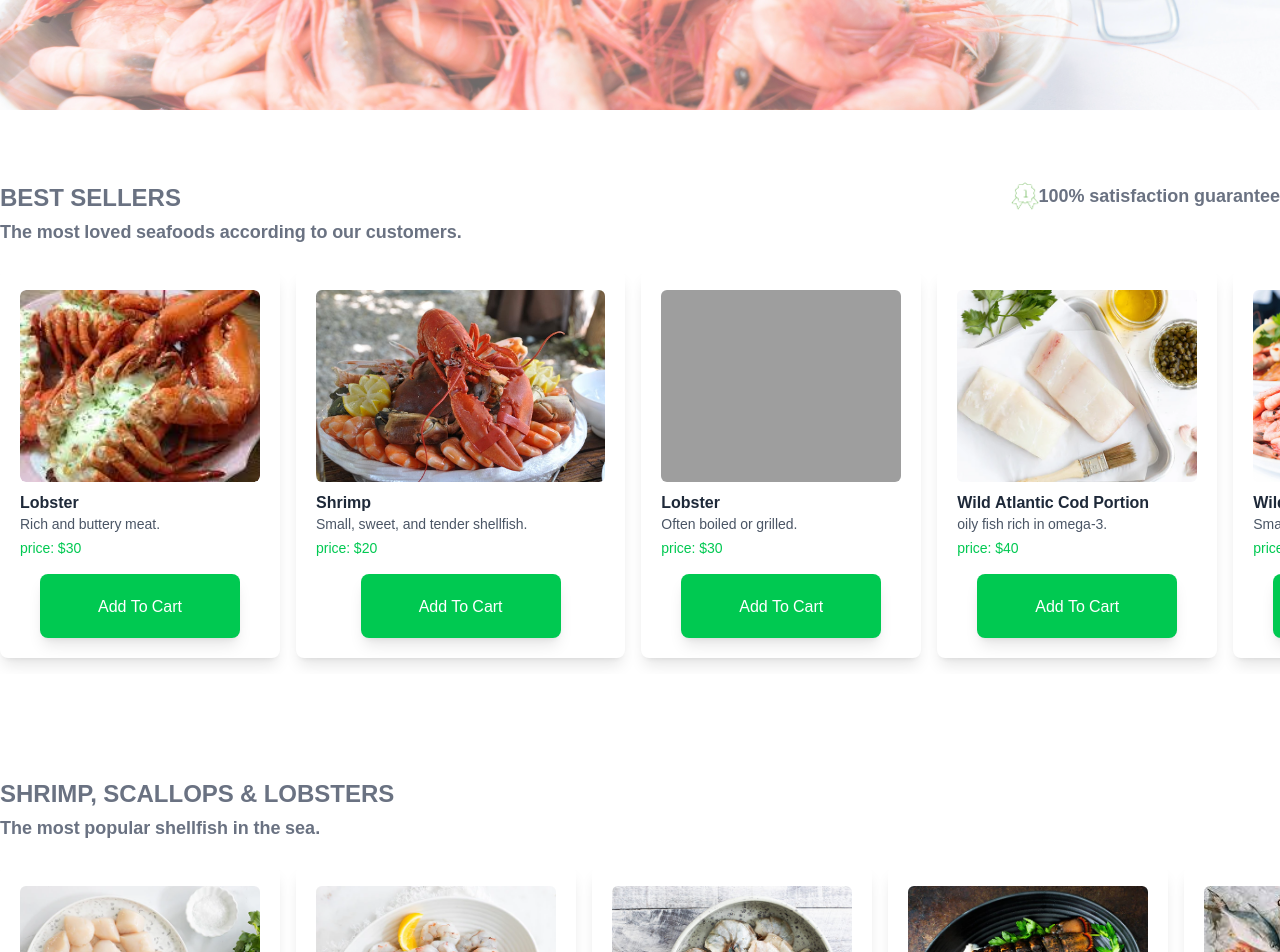
Repository: KongRucifer/SeaFood-Shop
Page: /modules/home/views
These files come from the project's save history. The page is drawn as it stood at one moment and after the next save; the edit follows.
The browser window is 1280 px wide. The pictures show the part of the page from y = 410 to 1362 px (the page is 3300 px tall).
Pictures or frames that could not be fetched are drawn as grey boxes. The project was rebuilt for these pictures with package versions that can differ from the ones it lists, and the page was loaded fresh each time. The framework's server and built-in components were replaced by stand-ins that run in the browser. Also part of the build but not shown: next.config.ts.

Above is the page before, as saved 2025-06-25 20:39:07.

### src/app/layout.tsx
import type { Metadata } from "next";
import { Geist, Geist_Mono } from "next/font/google";
import "./globals.css";
import Navbar from "@/app/components/Navbar";
import Footer from "@/app/components/Footer";
import { Noto_Sans_Lao } from 'next/font/google';
 const geistSans = Geist({
  variable: "--font-geist-sans",
  subsets: ["latin"],
});

const geistMono = Geist_Mono({
  variable: "--font-geist-mono",
  subsets: ["latin"],
});
const notoSansLao = Noto_Sans_Lao({
  subsets: ['lao'],
  weight: ['400', '700'],
  variable: '--font-noto-sans-lao',
  display: 'swap',
});
export const metadata: Metadata = {
  title: "ຮ້ານຂາຍອາຫານທະເລ - ໜ້າທຳອິດ | Seafood Shop",
  description:
    "ຮ້ານຂາຍອາຫານທະເລອອນໄລ ໜ້າທຳອິດ ລວມອາຫານທະເລຫຼາກຫຼາຍ ເຊັ່ນ ປາ, ປູ, ກຸ້ງ ແລະ ອາຫານທະເລອື່ນໆ ສາມາດສັ່ງຊື້ໃນເວັບໄຊໄດ້ ມີບໍລິການສົ່ງໄປເຖີງທີ່ ສາມາດເຮັດ ການໂອນເງິນ ທີ່ເວັບໄຊທ໌ຂອງພວກເຮົາ",
  keywords:
    "ອາຫານທະເລ ອອນໄລ, ຮ້ານຂາຍອາຫານທະເລ, ສັ່ງອາຫານທະເລ, ອາຫານທະເລສົ່ງໄວທັນໃຈ",
  authors: [{ name: "kong mong thao" }],
  publisher: "Super Shop SeaFood",
  robots: {
    index: true,
    follow: true,
  },
  openGraph: {
    title: "ຮ້ານຂາຍອາຫານທະເລ - ໜ້າທຳອິດ | Seafood Shop",
    description:
      "ສັ່ງຊື້ອາຫານທະເລ ລາຄາຖືກ ສົ່ງໄວ ທັນໃຈ ສາມາດໂອນເງີນ ປາຍທາງໄດ້",
    url: "http://localhost:3000/images/fish.jpeg",
    siteName: "Seafood Shop",
    locale: "th_TH",
    type: "website",
    images: [
      {
        url: "http://localhost:3000/images/myshopSeafood.jpeg",
        width: 1200,
        height: 630,
        alt: "Food Shop Image",
      },
    ],
  },
  twitter: {
    card: "summary_large_image",
    title: "ຮ້ານຂາຍອາຫານທະເລ - ໜ້າທຳອິດ | Seafood Shop",
    description:
      "ສັ່ງຊື້ອາຫານທະເລ ລາຄາຖືກ ສົ່ງໄວ ທັນໃຈ ມີບໍລິການໂອນເງີນ ປາຍທາງ",
    images: ["http://localhost:3000/images/seafood2.jpeg"],
  },
  alternates: {
    canonical: "https://yourdomain.com/",
  },

}
export const viewport = {
  width: 'device-width',
  initialScale: 1,
};
export default function RootLayout({
  children,
}: Readonly<{
  children: React.ReactNode;
}>) {
  return (
    <html lang="lo" className={notoSansLao.variable}>
      <body
        className={`${geistSans.variable} ${geistMono.variable} antialiased`}
      >
        <Navbar />
        {children}
        <Footer />
      </body>
    </html>
  );
}

### src/app/modules/home/views/page.tsx
import Banner from "@/app/modules/home/components/Banner.component";
import Best_Sellers from "@/app/modules/home/components/Best_Sellers.component";
import Popular_Shellfish from "@/app/modules/home/components/Popular_Shellfish.component";
import Fulton_Finsider from "@/app/modules/home/components/Fulton_Finsider.component";
import Healthy_Meals from "@/app/modules/home/components/Healthy_Meals.component";
export default function Home() {
  return (
    <div className="flex flex-col items-center justify-center ">
      <Banner />
      <Best_Sellers />
      <Popular_Shellfish />
      <Fulton_Finsider />
      <Healthy_Meals />
    </div>
  );
}

### src/app/globals.css
 @import "tailwindcss";
 body {
  font-family: var(--font-noto-sans-lao), sans-serif;
}
@keyframes upDown {
  0% {
    transform: translateY(0);
  }
  50% {
    transform: translateY(-10px);
  }
  100% {
    transform: translateY(0);
  }
}

.hover-updown:hover {
  animation: upDown 1s ease-in-out infinite;
}

### src/app/components/Navbar.tsx
import Link from "next/link";

export default async function Navbar() {
  return (
    <nav className="bg-white border-gray-200 dark:bg-gray-900 shadow-md fixed top-0 left-0 z-50 w-full">
      <div className="container mx-auto">
        <div className=" flex flex-wrap items-center justify-between  p-4">
          <div className="flex items-center">
            <img
              src="/images/lets-icons_shop.png"
              className="h-8 mr-3"
              alt="Seafood Shop Logo"
            />
            <span className="self-center text-2xl font-semibold whitespace-nowrap dark:text-white">
              Seafood Shop
            </span>
          </div>
          <div className="flex justify-center items-center md:order-2 gap-10">
            <Link
              href="/"
              className="-pb-1 border-b-2 border-transparent hover:border-green-500 transition"
            >
              Home
            </Link>
            <Link
              href="/"
              className="-pb-1 border-b-2 border-transparent hover:border-green-500 transition"
            >
              About Shop
            </Link>
            <Link
              href="/"
              className="-pb-1 border-b-2 border-transparent hover:border-green-500 transition"
            >
              Contact Us
            </Link>
            <Link
              href="/"
              className="border border-green-500 text-green-500 px-4 py-2 rounded hover:bg-green-50 transition"
            >
              Sign Up
            </Link>
            <Link
              href="/"
              className="border border-green-500 text-green-500 px-4 py-2 rounded hover:bg-green-50 transition"
            >
              Sign In
            </Link>
          </div>
        </div>
      </div>
    </nav>
  );
}

### src/app/components/Footer.tsx
export default async function Footer() {
  return (
    <footer className="bg-black dark:bg-gray-900">
      <div className="max-w-screen-xl mx-auto container pt-4 pb-4 sm:items-center">
        <div>
          <div className="flex flex-col  md:flex-row justify-between  items-start md:items-center space-y-4 md:space-y-0 md:space-x-8 text-white mb-20 mt-15">
            <div>
              <h3 className="mb-5 text-green-500">FULTON FISH MARKET</h3>
              <div>
                <p className="text-md">
                  Opened in 1822, Lak 52 City's Fulton Fish Market is one of{" "}
                </p>
                <p className="text-md">
                  the oldest fish markets in Laos. We offer the world&apos;s
                </p>
                <p className="text-md">
                  largest assortment of seafood online. Order fresh, healthy,
                  and delicious
                </p>
                <p className="text-md">
                  {" "}
                  seafood directly from the market with next-day delivery to
                  your door.
                </p>
              </div>
            </div>
            <div>
              <h3 className="mb-3 text-green-500 ">LEARN ABOUT US</h3>
              <div>
                <ul>
                  <li className="cursor-pointer hover:text-gray-300 transition">
                    Home
                  </li>
                  <li className="cursor-pointer hover:text-gray-300 transition">
                    About Shop
                  </li>
                  <li className="cursor-pointer hover:text-gray-300 transition">
                    Contact Us
                  </li>
                  <li className="cursor-pointer hover:text-gray-300 transition">
                    Privacy Policy
                  </li>
                  <li className="cursor-pointer hover:text-gray-300 transition">
                    Terms of Service
                  </li>
                </ul>
              </div>
            </div>
            <div className="xl:-mt-10 lg:-mt-10 sm:mt-10 md:-mt-13    ">
              <div className="mb-2 text-green-500 flex items-center gap-1">
                <img
                  src="/images/star.png"
                  alt="no image star"
                  className="-mt-5"
                />
                <h3>SEAFOOD SHOP</h3>
              </div>
              <div>
                <h3 className="mb-5 text-green-500 items-center">Follow us</h3>
                <ul className="flex space-x-4 content-center">
                  <li>
                    <a
                      href="https://www.facebook.com"
                      target="_blank"
                      rel="noopener noreferrer"
                    >
                      <img
                        src="/images/facebook.png"
                        alt="Facebook"
                        className="w-6 h-6"
                      />
                    </a>
                  </li>
                  <li>
                    <a
                      href="https://www.instagram.com"
                      target="_blank"
                      rel="noopener noreferrer"
                    >
                      <img
                        src="/images/instagram.png"
                        alt="Instagram"
                        className="w-6 h-6"
                      />
                    </a>
                  </li>
                  <li>
                    <a
                      href="https://www.twitter.com"
                      target="_blank"
                      rel="noopener noreferrer"
                    >
                      <img
                        src="/images/twitter.png"
                        alt="Twitter"
                        className="w-6 h-6"
                      />
                    </a>
                  </li>
                </ul>
              </div>
            </div>
          </div>
          <div className="text-center text-gray-500 dark:text-gray-400">
            © {new Date().getFullYear()} Seafood Shop. All rights reserved.
          </div>
        </div>
      </div>
    </footer>
  );
}

### src/app/modules/home/components/Banner.component.tsx
import Image from "next/image";
export default async function Banner() {
  return (
    <div className="relative w-full h-130 r overflow-hidden mb-10">
      <img
        src="/images/food.jpg"
        alt="no image seafood"
        className="absolute inset-0 w-full h-full object-cover opacity-60"
      />
      <h1 className="relative z-10 flex items-center justify-center h-full text-4xl font-bold text-gray-700">
        Welcome to Seafood Shop
      </h1>
    </div>
  );
}

### src/app/modules/home/components/Best_Sellers.component.tsx
import Image from "next/image";
export default async function Best_Sellers() {
  return (
    <div className="container mx-auto py-8 mb-10">
      <div className="flex  justify-between ">
        <div>
          <h1 className="text-2xl font-bold mb-1 text-gray-500 ">
            BEST SELLERS
          </h1>
          <h2 className="text-lg font-bold mb-6 text-gray-500 ">
            The most loved seafoods according to our customers.{" "}
          </h2>
        </div>
        <div>
          <h2 className="text-lg font-bold mb-6 text-gray-500 flex  ">
            <img src="/images/firstCheer.png" alt="no image" className="w-7" />
            100% satisfaction guarantee
          </h2>
        </div>
      </div>
      <div className="flex overflow-x-auto space-x-4 pb-4">
        {/* Card 1 */}
        <div className="w-70 flex-shrink-0 bg-white rounded-lg shadow-lg p-5 transform transition duration-300 hover:scale-105">
          <div className="overflow-hidden rounded-md">
            <img
              src="/images/kabpum.jpeg"
              alt="Seafood Dish 1"
              className="w-full h-48 object-cover  rounded-md transition-transform duration-500 ease-in-out group-hover:scale-105"
            />
          </div>
          <div className="mt-2">
            <h4 className="font-semibold text-gray-800">Lobster</h4>
            <p className="text-sm text-gray-600">Rich and buttery meat. </p>
            <p className="text-sm text-green-500 mt-1">price: $30</p>
          </div>
          <div className="flex justify-center mt-4">
            <button className="min-w-[200px] flex-shrink-0  rounded-lg shadow-lg p-5 cursor-pointer bg-green-500 hover:bg-green-700 text-white transform transition duration-300 hover:scale-105">
              Add To Cart
            </button>
          </div>
        </div>

        {/* Card 2 */}
        <div className="w-7ຸ flex-shrink-0 bg-white rounded-lg shadow-lg p-5 transform transition duration-300 hover:scale-105">
          <div>
            <img
              src="/images/koobcws.jpg"
              alt="Seafood Dish 2"
              className="w-full h-48 object-cover rounded-md"
            />
          </div>
          <div className="mt-2">
            <h4 className="font-semibold text-gray-800">Shrimp</h4>
            <p className="text-sm text-gray-600">
              Small, sweet, and tender shellfish.
            </p>
            <p className="text-sm text-green-500 mt-1">price: $20</p>
          </div>
          <div className="flex justify-center mt-4">
            <button className="min-w-[200px] flex-shrink-0  rounded-lg shadow-lg p-5 cursor-pointer bg-green-500 hover:bg-green-700 text-white transform transition duration-300 hover:scale-105">
              Add To Cart
            </button>
          </div>
        </div>

        {/* Card 3 */}
        <div className="w-70 flex-shrink-0 bg-white rounded-lg shadow-lg p-5 transform transition duration-300 hover:scale-105">
          <div>
            <img
              src="/images/kapu.jpg"
              alt="Seafood Dish 3"
              className="w-full h-48 object-cover rounded-md"
            />
          </div>
          <div className="mt-2">
            <h4 className="font-semibold text-gray-800">Lobster</h4>
            <p className="text-sm text-gray-600">Often boiled or grilled.</p>
            <p className="text-sm text-green-500 mt-1">price: $30</p>
          </div>
          <div className="flex justify-center mt-4">
            <button className="min-w-[200px] flex-shrink-0  rounded-lg shadow-lg p-5 cursor-pointer bg-green-500 hover:bg-green-700 text-white transform transition duration-300 hover:scale-105">
              Add To Cart
            </button>
          </div>
        </div>
        {/* Card 4 */}

        <div className="w-70 flex-shrink-0 bg-white rounded-lg shadow-lg p-5 transform transition duration-300 hover:scale-105">
          <div>
            <img
              src="/images/fishwhite.webp"
              alt="Seafood Dish 3"
              className="w-full h-48 object-cover rounded-md"
            />
          </div>
          <div className="mt-2">
            <h4 className="font-semibold text-gray-800">
              Wild Atlantic Cod Portion
            </h4>
            <p className="text-sm text-gray-600">oily fish rich in omega-3.</p>
            <p className="text-sm text-green-500 mt-1">price: $40</p>
          </div>
          <div className="flex justify-center mt-4">
            <button className="min-w-[200px] flex-shrink-0  rounded-lg shadow-lg p-5 cursor-pointer bg-green-500 hover:bg-green-700 text-white transform transition duration-300 hover:scale-105">
              Add To Cart
            </button>
          </div>
        </div>
        {/* Card 5 */}

        <div className="w-70 flex-shrink-0 bg-white rounded-lg shadow-lg p-5 transform transition duration-300 hover:scale-105">
          <div>
            <img
              src="/images/food.jpg"
              alt="Seafood Dish 3"
              className="w-full h-48 object-cover rounded-md"
            />
          </div>
          <div className="mt-2">
            <h4 className="font-semibold text-gray-800">
              Wild Colossal Blue Shrimp
            </h4>
            <p className="text-sm text-gray-600">
              Small, sweet, and tender shellfish.
            </p>
            <p className="text-sm text-green-500 mt-1">price: $50</p>
          </div>
          <div className="flex justify-center mt-4">
            <button className="min-w-[200px] flex-shrink-0  rounded-lg shadow-lg p-5 cursor-pointer bg-green-500 hover:bg-green-700 text-white transform transition duration-300 hover:scale-105">
              Add To Cart
            </button>
          </div>
        </div>
      </div>
    </div>
  );
}

### src/app/modules/home/components/Fulton_Finsider.component.tsx
import Image from "next/image";
export default async function Fulton_Finsider() {
  return (
    <div className="relative w-full h-[40rem] overflow-hidden mb-10">
      <div>
        <img
          src="/images/celender2.png"
          alt="Seafood background"
          className="absolute  w-full h-full object-cover"
        />
      </div>

      <div className="relative z-10 flex flex-col md:flex-row items-center justify-start h-full text-center px-4 md:px-10 text-gray-800 bg-black/30 ">
        <div className="max-w-sm  rounded-xl p-6 m-4 shadow-lg">
          <div className="w-20 h-20 bg-white rounded-full flex items-center justify-center mx-auto mb-4 shadow ">
            <img
              src="/images/puss.png"
              alt="Seafood Icon"
              className="w-12 h-12 hover-updown"
            />
          </div>
          <h2 className="text-xl font-semibold mb-2">Dive In & Explore</h2>
          <p className="text-sm mb-2 text-gray-300">
            Craving buttery scallops, sushi-grade tuna, or wild-caught salmon?
            We’ve got the best, chef-quality seafood ready for your table!
          </p>
          <p className="text-sm mb-4 font-medium text-white">
            Pro Tip: Not sure what to try first?
          </p>
          <button className="px-4 py-2 bg-white border border-gray-300 text-gray-600 rounded hover:bg-gray-100 transition">
            OUR BEST SELLERS
          </button>
        </div>

        <div className="max-w-sm  rounded-xl p-6 m-4 shadow-lg">
          <div className="w-20 h-20 bg-white rounded-full flex items-center justify-center mx-auto mb-4 shadow ">
            <img
              src="/images/pass.png"
              alt="Seafood Icon"
              className="w-12 h-12 hover-updown"
            />
          </div>
          <h2 className="text-xl font-semibold mb-2">Make Your Catch</h2>
          <p className="text-sm mb-2 text-gray-300">
            Love fresh seafood? Set it and forget it! Subscribe for savings, VIP
            perks, and exclusive gifts—no effort required!
          </p>
          <p className="text-sm mb-4 font-medium text-white">
            Save 15% or more on every order!
          </p>
          <button className="px-4 py-2 bg-white border border-gray-300 text-gray-600 rounded hover:bg-gray-100 transition">
            SUBSCRIBE & SAVE
          </button>
        </div>

        <div className="max-w-sm  rounded-xl p-6 m-4 shadow-lg">
          <div className="w-20 h-20 bg-white rounded-full flex items-center justify-center mx-auto mb-4 shadow ">
            <img
              src="/images/puss.png"
              alt="Seafood Icon"
              className="w-12 h-12 hover-updown"
            />
          </div>
          <h2 className="text-xl font-semibold mb-2">Reel It In</h2>
          <p className="text-sm mb-2 text-gray-300">
            Our seafood ships fast, freshly-frozen, and packed with care in
            eco-friendly materials. No more guessing how long that store-bought
            fish has been hanging around!
          </p>
          <p className="text-sm mb-4 font-medium text-white">
            Worried about cooking? Don’t be!
          </p>
          <button className="px-4 py-2 bg-white border border-gray-300 text-gray-600 rounded hover:bg-gray-100 transition">
            TIPS & RECIPES
          </button>
        </div>
      </div>
    </div>
  );
}

Loaded but not shown: src/app/modules/home/components/Healthy_Meals.component.tsx (134 lines, source omitted); src/app/modules/home/components/Popular_Shellfish.component.tsx (130 lines, source omitted)

After the next save:
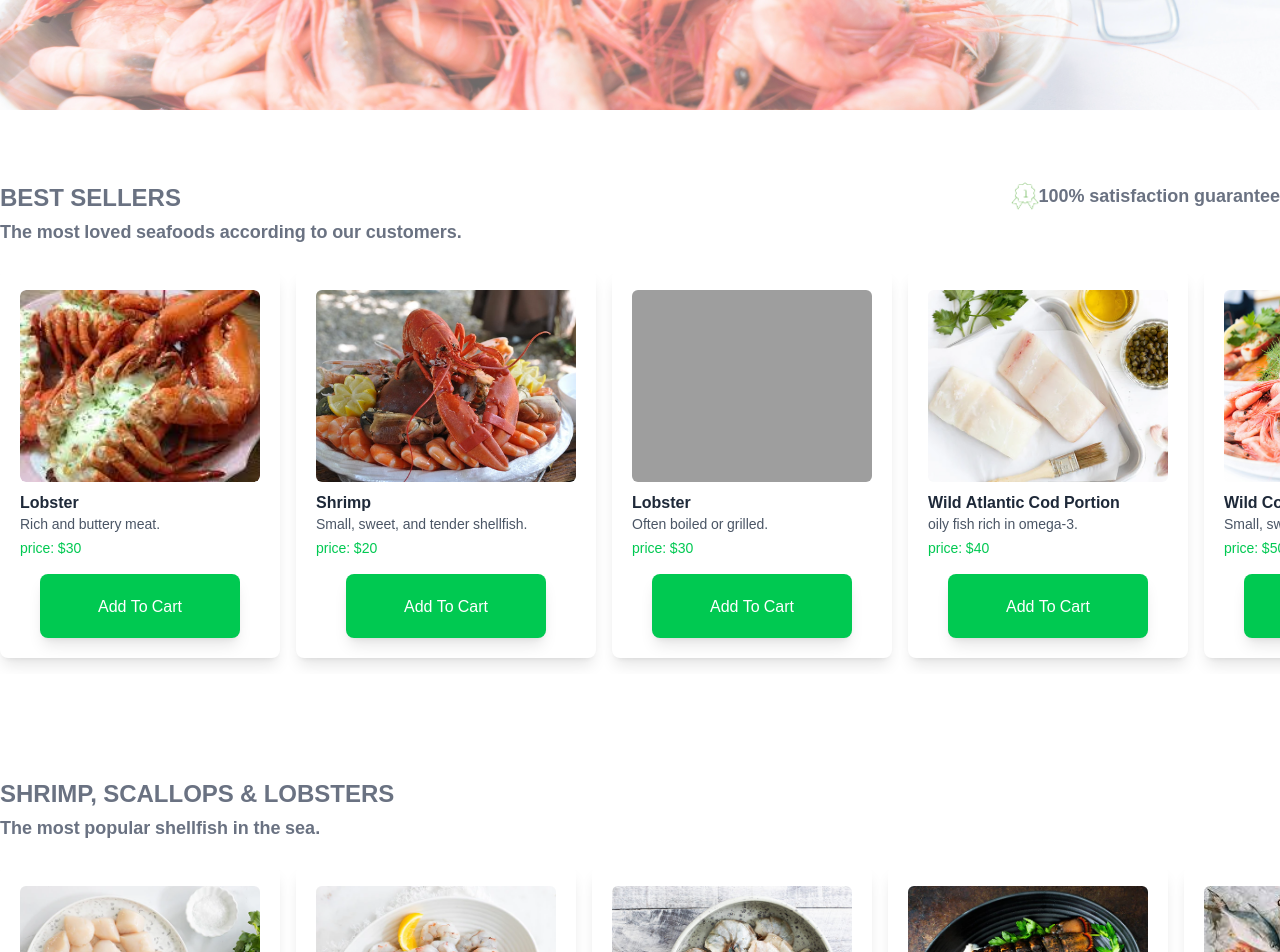
Saved 4 s later.
--- a/src/app/modules/home/components/Best_Sellers.component.tsx
+++ b/src/app/modules/home/components/Best_Sellers.component.tsx
@@ -41,7 +41,7 @@ export default async function Best_Sellers() {
         </div>
 
         {/* Card 2 */}
-        <div className="w-7ຸ flex-shrink-0 bg-white rounded-lg shadow-lg p-5 transform transition duration-300 hover:scale-105">
+        <div className="w-75 flex-shrink-0 bg-white rounded-lg shadow-lg p-5 transform transition duration-300 hover:scale-105">
           <div>
             <img
               src="/images/koobcws.jpg"
